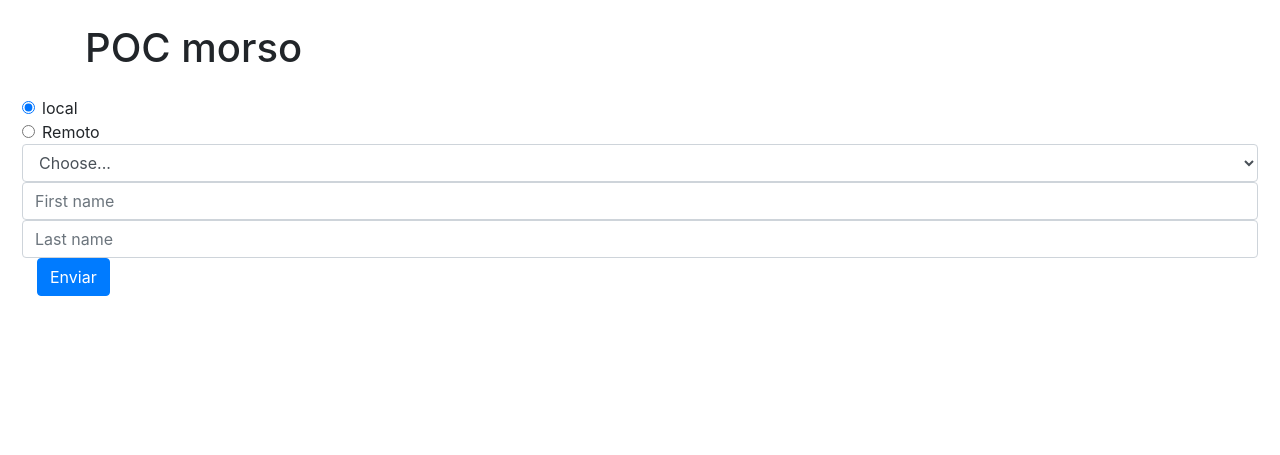
Repository: marisaoliva/poc-execute-cmd
Page: index.html
The author's editor kept a copy of each file at every save. The page is drawn from the files as they stood at one save, then again after the next save.
The browser window is 1280 px wide. The pictures show the whole page.

Above is the page before, as saved 2019-03-01 14:59:31.

After the next save:
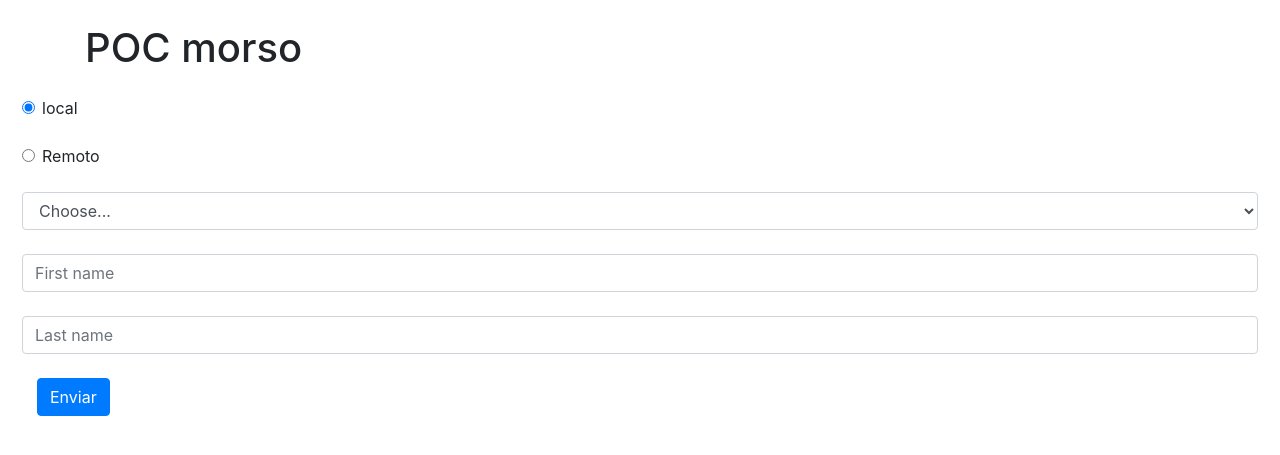
Saved 17 s later.
--- a/index.html
+++ b/index.html
@@ -7,31 +7,31 @@
             <h1>POC morso</h1>
               <form>
                 <div class="mx-md-n5 mt-4">
-                    <div class="form-check row">
+                    <div class="form-check row mt-4">
                         <input class="form-check-input" type="radio" name="exampleRadios" id="exampleRadios1" value="option1" checked>
                         <label class="form-check-label" for="exampleRadios1">
                                 local
                         </label>
                     </div>
-                    <div class="form-check row">
+                    <div class="form-check row mt-4">
                         <input class="form-check-input" type="radio" name="exampleRadios" id="exampleRadios2" value="option2">
                         <label class="form-check-label" for="exampleRadios2">
                         Remoto
                         </label>
                     </div>
-                    <div class='row'>
+                    <div class='row mt-4'>
                         <select id="inputState" class="form-control">
                             <option selected>Choose...</option>
                             <option>...</option>
                         </select>
                     </div>
-                    <div class="row">
+                    <div class="row mt-4">
                         <input type="text" class="form-control" placeholder="First name">
                     </div>
-                    <div class="row">
+                    <div class="row mt-4">
                         <input type="text" class="form-control" placeholder="Last name">
                     </div>
-                    <div class='row'>
+                    <div class='row mt-4'>
                         <div class='col-12'>
                             <button type="button" class="btn btn-primary">Enviar</button>
                         </div>
